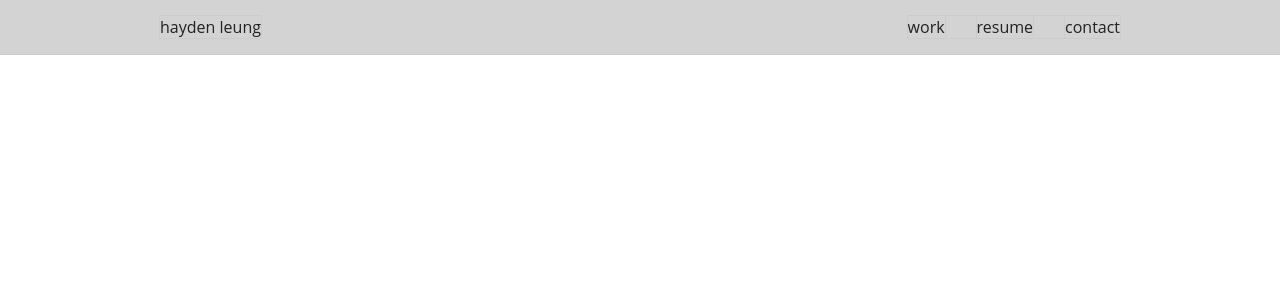
Repository: Haydenleung/Artifact
Page: /
An editor plug-in stored every save of this project. The page is shown before and after the next save, followed by the edit.
The browser window is 1280 px wide. The pictures show the whole page.
The project was rebuilt for these pictures with package versions that can differ from the ones it lists, and the page was loaded fresh each time. The framework's server and built-in components were replaced by stand-ins that run in the browser. Also part of the build but not shown: next.config.mjs.

Above is the page before, as saved 2024-01-26 22:47:13.

### src/pages/index.tsx
import Image from "next/image";
import Navbar from "@/components/Navbar";

export default function Home() {
  return (
    <main className={"page"}>
      <Navbar />

    </main>
  )
}

### src/styles/globals.css
/* ==========================================================================
    [Table of contents]

    1. BASE
        1.1 Page Rendering Defaults
        1.2 Core Styling
        1.3 Typography
    2. LAYOUT
        2.1 Core Layout
        2.2 Small only
        2.3 medium and up
        2.4 Medium only
        2.5 large screens and up
    3. UTILITY classes
    4. PRINT

    ========================================================================== */

/* ==========================================================================
   BASE
   ========================================================================== */

/* 1.1 Page Rendering Defaults */

html {
  color: #222;
  font-size: 1em;
}

::-moz-selection {
  background: #b3d4fc;
  text-shadow: none;
}

::selection {
  background: #b3d4fc;
  text-shadow: none;
}

audio,
canvas,
iframe,
i,
img,
svg,
video {
  vertical-align: middle;
}

fieldset {
  border: 0;
  margin: 0;
  padding: 0;
}

textarea {
  resize: vertical;
}

/* 1.2 Core Styling */

/* refer to https://css-tricks.com/box-sizing/ */

*,
*:before,
*:after {
  box-sizing: border-box;
}

img {
  width: 100%;
}

/* 1.3 Typgraphy */

@import url('https://fonts.googleapis.com/css2?family=Open+Sans:ital,wght@0,300;0,400;0,500;0,600;0,700;0,800;1,300;1,400;1,500;1,600;1,700;1,800&display=swap');

h1,
h2,
h3,
h4,
h5,
h6 {
  font-weight: 400;
  text-align: center;
  margin: 0;
}

h1 {
  font-size: 24pt;
  font-weight: 200;
}

h2 {
  font-size: 16pt;
}

h4 {
  font-size: 9pt;
}

h5 {
  font-size: 8pt;
}

* {
  font-family: 'Open Sans', sans-serif;
}


/* ==========================================================================
 2. LAYOUT
 ========================================================================== */

/* Helper to display empty layout containers*/

div,
main,
section,
footer,
header {
  outline: 1px solid #ccc;
}

body {
  padding: 0;
  margin: 0;
}

/* 2.1 Core layout */

.row {
  display: grid;
  row-gap: 1rem;
}

.col {
  position: relative;
}

.page {
  display: flex;
  flex-direction: column;
  justify-content: center;
  align-items: center;
}


/* Navbar */

/* 2.2 Small only */

@media screen and (max-width: 39.9375em) {}

/* 2.3 medium and up */

@media screen and (min-width: 40em) {}

/* 2.4 Medium only */

@media screen and (min-width: 40em) and (max-width: 63.9375em) {}

/* 2.5 large screens and up 2.6 Large only */

/* @media screen and (min-width: 64em) {

} */

### src/components/Navbar/index.tsx
import styles from './navbar.module.css'
import Image from 'next/image'
import Link from 'next/link'

export default function Navbar() {
    return (
        <div className={styles.container}>
            <div className={styles.logo}>hayden leung</div>
            <div className={styles.pages}>
                <div>work</div>
                <div>resume</div>
                <div>contact</div>
            </div>
        </div>
    )
}

### src/components/Navbar/navbar.module.css
.container {
    background-color: lightgrey;
    padding: 0.5rem;
    width: 100%;
    padding: 1rem 10rem;
    display: flex;
    flex-direction: row;
    justify-content: space-between;
    position: sticky;
}

.logo {}

.pages {
    display: flex;
    flex-direction: row;
    gap: 2rem;
}

Loaded but not shown: src/pages/_app.tsx (common file); src/pages/_document.tsx (common file)

After the next save:
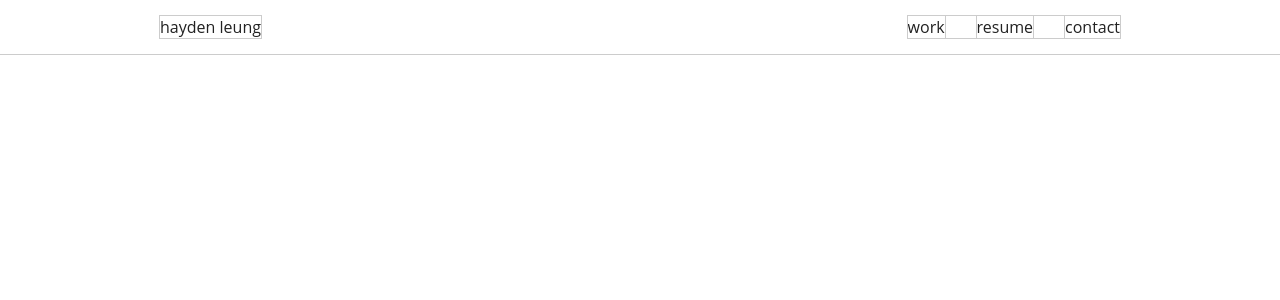
Saved 4 s later.
--- a/src/components/Navbar/navbar.module.css
+++ b/src/components/Navbar/navbar.module.css
@@ -1,5 +1,5 @@
 .container {
-    background-color: lightgrey;
+    /* background-color: lightgrey; */
     padding: 0.5rem;
     width: 100%;
     padding: 1rem 10rem;

After the save that followed:
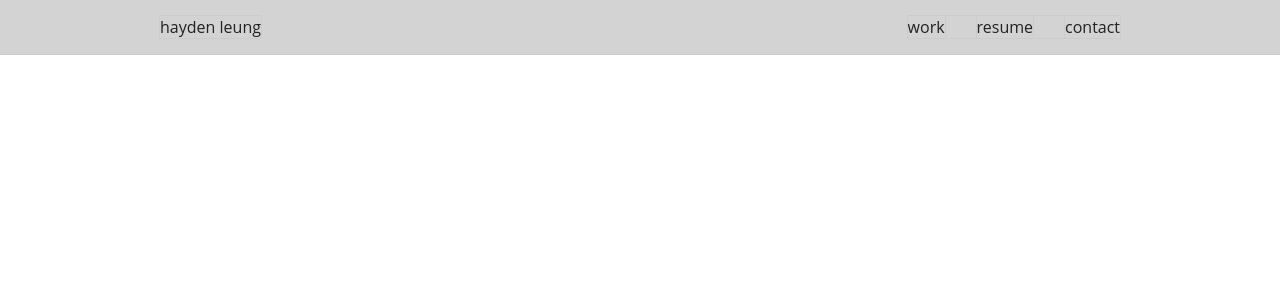
Saved 9 s later.
--- a/src/components/Navbar/navbar.module.css
+++ b/src/components/Navbar/navbar.module.css
@@ -1,5 +1,5 @@
 .container {
-    /* background-color: lightgrey; */
+    background-color: lightgrey;
     padding: 0.5rem;
     width: 100%;
     padding: 1rem 10rem;
